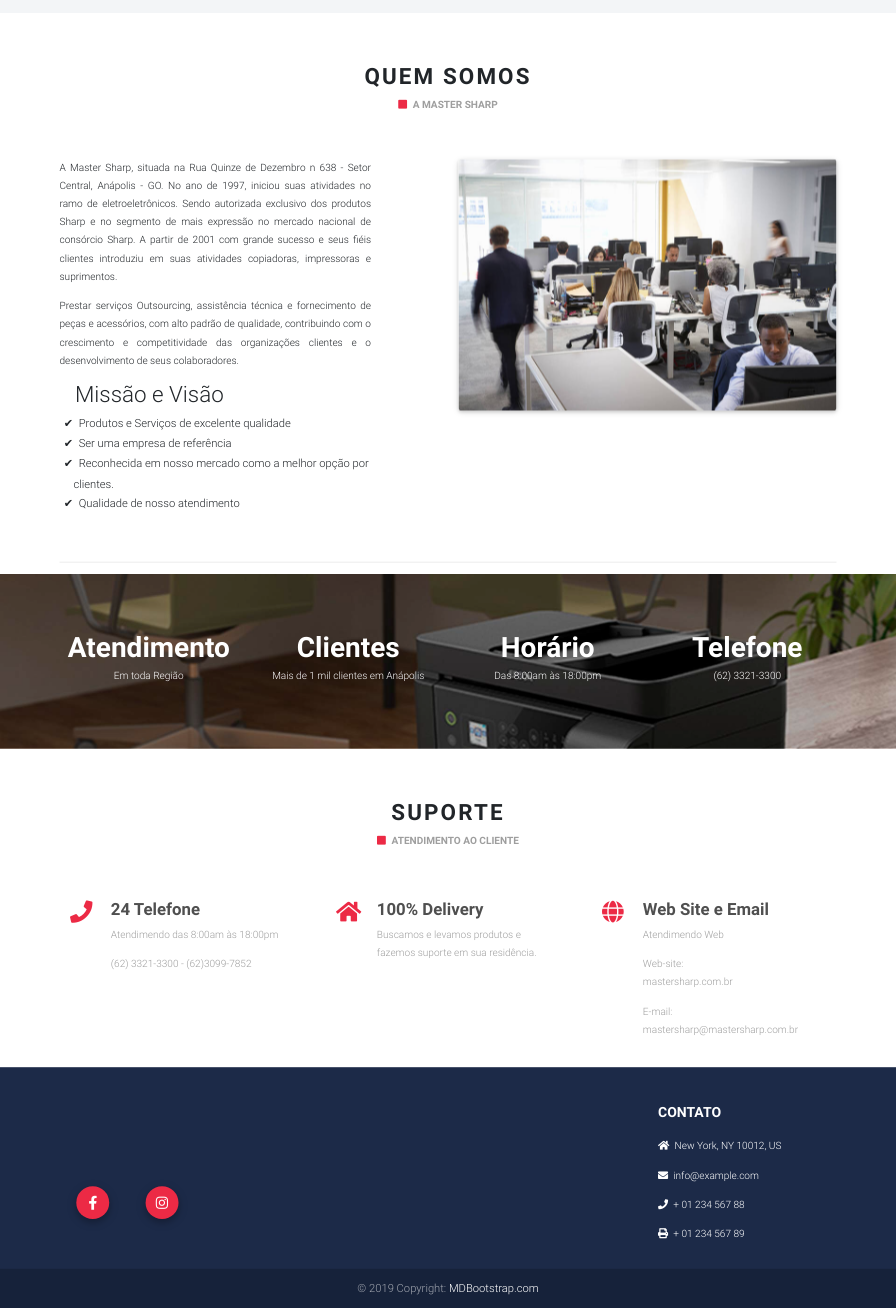
Repository: SalomaoMiguel/mastshap
Page: html/index.html
These files come from the project's save history. The page is drawn as it stood at one moment and after a run of saves; the edit follows.
The browser window is 1280 px wide. The pictures show the part of the page from y = 1321 to 3241 px (the page is 3190 px tall before and 3241 px after), at 70% of full size.
Some web libraries are served in a nearby version.

Above is the page before, as saved 2021-02-17 15:41:10.

After the next 4 saves:
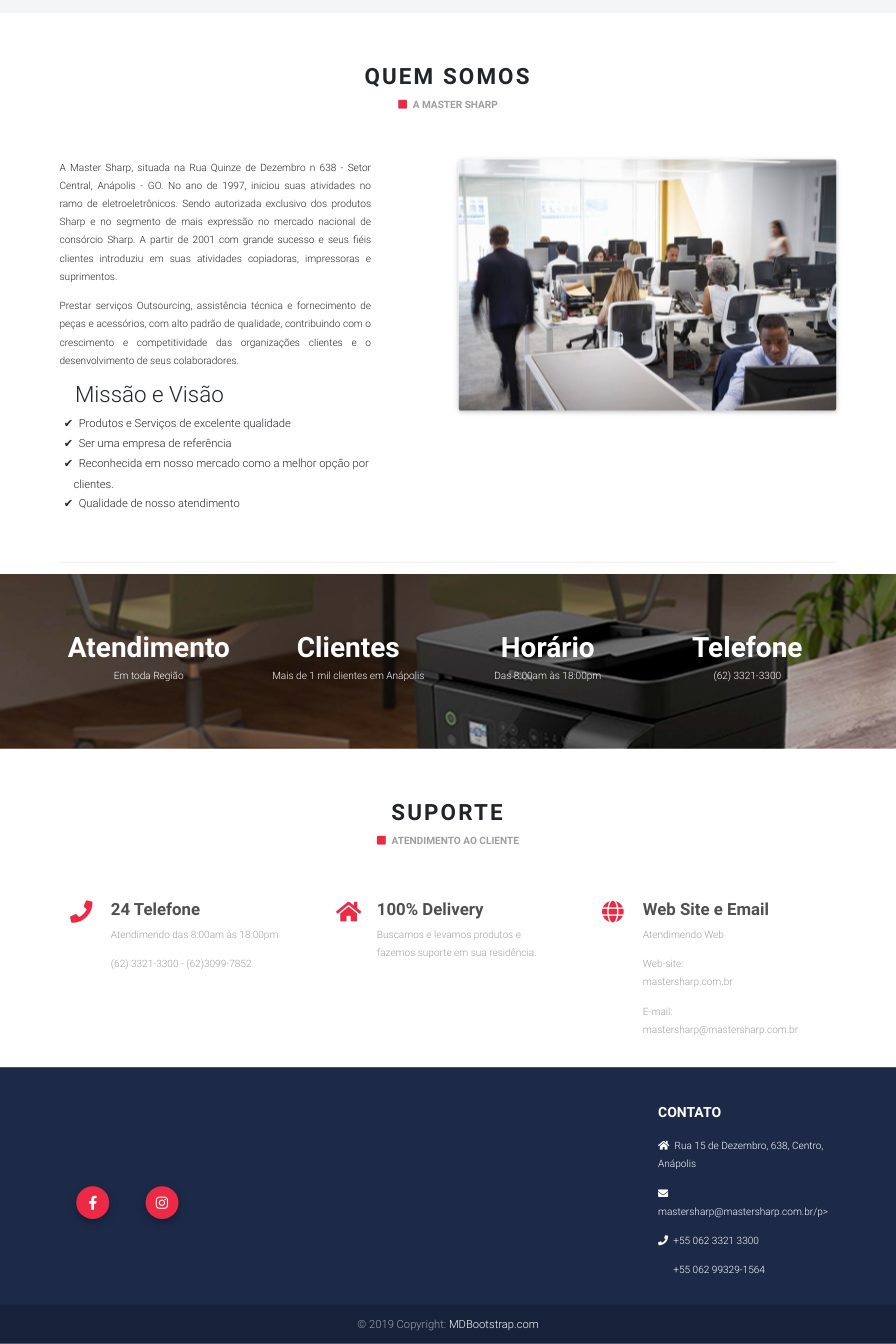
The 4 saves are shown as one change because they came seconds apart.
The last was saved 18 s later.
--- a/html/index.html
+++ b/html/index.html
@@ -411,19 +411,16 @@
           </div>
         </div>
         <!--/First column-->
-
         <hr class="w-100 clearfix d-md-none">
-
         <!--Second column-->
         <div class="col-lg-3 ml-lg-auto col-md-4 mt-1 mb-1 wow fadeIn" data-wow-delay="0.3s">
           <!--Search-->
           <h5 class="text-uppercase mb-4 font-weight-bold">Contato</h5>
           <!--Info-->
-          <p><i class="fas fa-home pr-1"></i> New York, NY 10012, US</p>
-          <p><i class="fas fa-envelope pr-1"></i> info@example.com</p>
-          <p><i class="fas fa-phone pr-1"></i> + 01 234 567 88</p>
-          <p><i class="fas fa-print pr-1"></i> + 01 234 567 89</p>
-
+          <p><i class="fas fa-home pr-1"></i> Rua 15 de Dezembro, 638, Centro, Anápolis</p>
+            <p><i class="fas fa-envelope pr-1"></i> mastersharp@mastersharp.com.br/p>
+            <p><i class="fas fa-phone pr-1"></i> +55 062 3321 3300</p>
+            <p><i class="fas fa-whatsapp pr-1"></i> +55 062 99329-1564</p>
         </div>
         <!--/Second column-->
 
